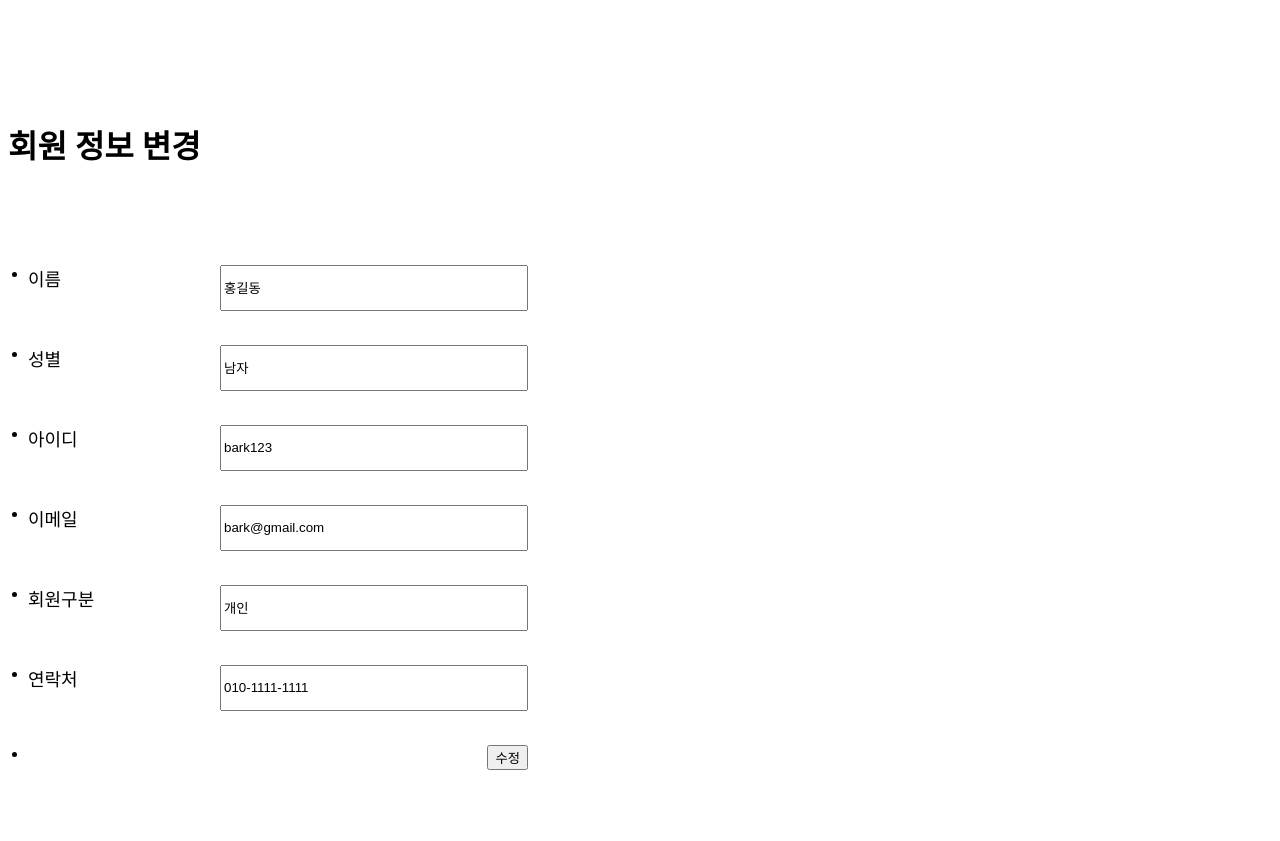
Repository: jngwk/Project-Bark
Page: http://localhost/Bark/include/userEditProfileFrm.jsp
The author's editor kept a copy of each file at every save. The page is drawn from the files as they stood at one save, then again after the next save.
The browser window is 1280 px wide. The pictures show the whole page.
The page is served by Tomcat 9. Other server files are loaded and not shown.

Above is the page before, as saved 2024-03-31 05:47:01.

### java_workspace/Bark/src/main/webapp/include/userEditProfileFrm.jsp
<%@ page language="java" contentType="text/html; charset=UTF-8"
    pageEncoding="UTF-8"%>
<%@ taglib prefix="c" uri="http://java.sun.com/jsp/jstl/core" %>
<!DOCTYPE html>
<html>
<head>
<meta charset="UTF-8">
<title>header</title>
<c:set var="contextPath" value="${pageContext.request.contextPath }"/>
<link rel="stylesheet" href="${contextPath }/css/userEditProfileFrm.css"/>
</head>
<!--  이름 성별 아이디 이메일 회원구분 연락처 연락처2-->
<body>
<div class="container">
	<h1 id="info_header">회원 정보 변경</h1>
	<form class = "main_info" action="./userEditProfileProc.jsp" method="post">
		<ul class = "info-list">
			<li class="form-element"><span class="label-text">이름</span>
			<input class="profile-info readonly" type="text" data-text-content="true"
			value="홍길동" readonly></li>

			<li class="form-element"><span class="label-text">성별</span>
			<input class="profile-info readonly" type="text" data-text-content="true"
			value="남자" readonly></li>

			<li class="form-element"><span class="label-text">아이디</span>
			<input class="profile-info readonly" type="text" data-text-content="true"
			value="bark123" readonly></li>

			<li class="form-element"><span class="label-text">이메일</span>
			<input class="profile-info" type="text" data-text-content="true"
			value="bark@gmail.com" ></li>

			<li class="form-element"><span class="label-text">회원구분</span>
			<input class="profile-info readonly" type="text" data-text-content="true"
			value="개인" readonly></li>

			<li class="form-element"><span class="label-text">연락처</span>
			<input class="profile-info" type="text" data-text-content="true"
			value="010-1111-1111" ></li>
			<li class="form-element">
			<input type="submit" class="edit-btn btn" value="수정" style="margin-left: 150px">
			</li>
		</ul>
	</form>
</div>
</body>
</html>

### java_workspace/Bark/src/main/webapp/css/userEditProfileFrm.css
@charset "UTF-8";
.container{
	position: absolute;
	top: 100px;
}
.main_info {
    min-width:500px;
    display: flex;
    flex-direction: column;
    justify-content: center;
    align-items: center;
}
h1{
	padding-bottom: 60px;
}
.info-list {
    display: flex;
    flex-direction: column;
    justify-content: center;
    align-items: center;
    width: 100%;
}
.label-text {
	position: relative;
    width: 80px; /* 고정 너비 설정 */
    height: 40px;
    font-size: 18px;
    float: left;
    left: 0;

}
.profile-info{
	position: relative;
	height: 40px;
	width: 60%;
	line-height: 35px;
	right: 0;
}
.form-element{
	height: 40px;
	padding-bottom: 40px;
	width: 100%;
	align-items: center;
}
.form-element input{
	float:right;
}
.align-right {
    text-align: right;
    padding-top: 20px;
}

After the next save:
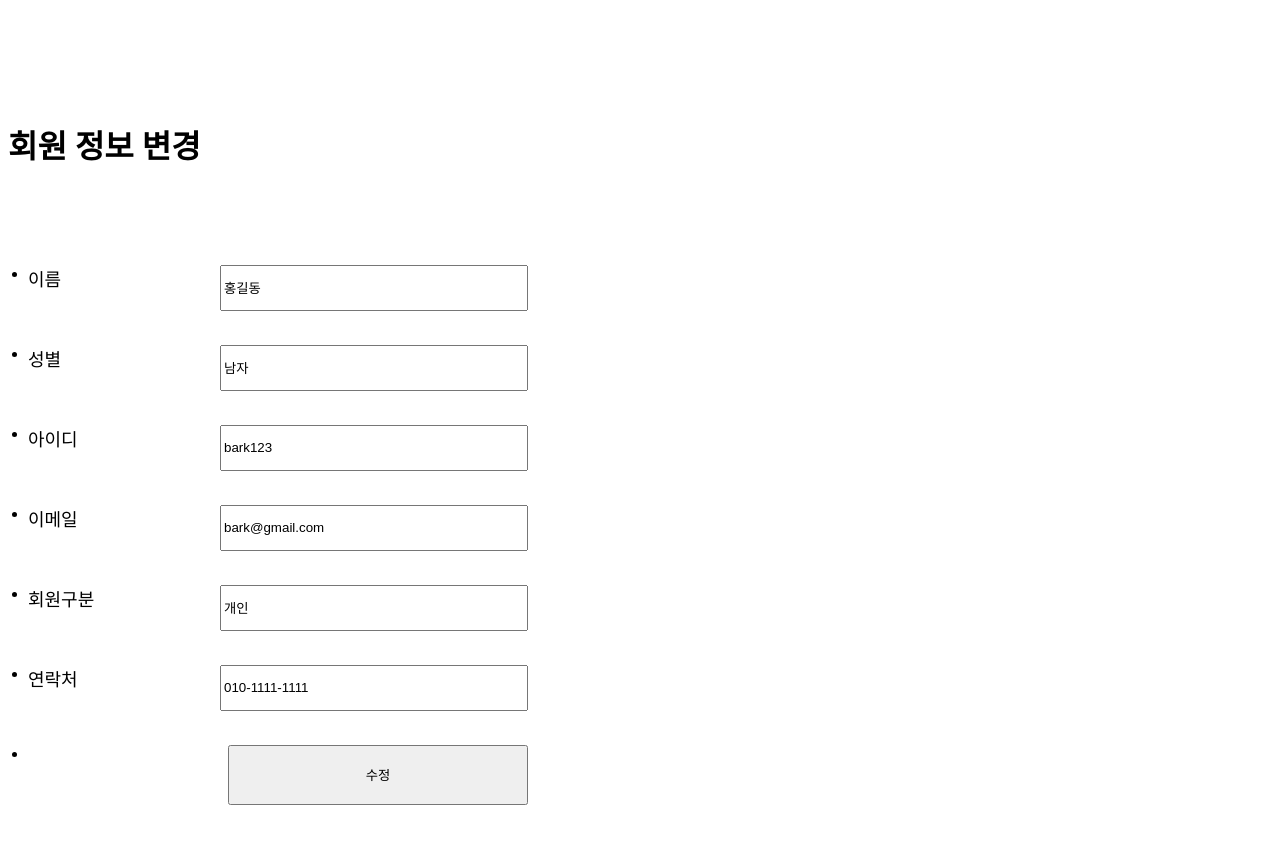
Saved 19 s later.
--- a/java_workspace/Bark/src/main/webapp/css/userEditProfileFrm.css
+++ b/java_workspace/Bark/src/main/webapp/css/userEditProfileFrm.css
@@ -45,7 +45,7 @@
 .form-element input{
 	float:right;
 }
-.align-right {
-    text-align: right;
-    padding-top: 20px;
+.edit-btn{
+	height: 60px;
+	width: 300px;
 }
